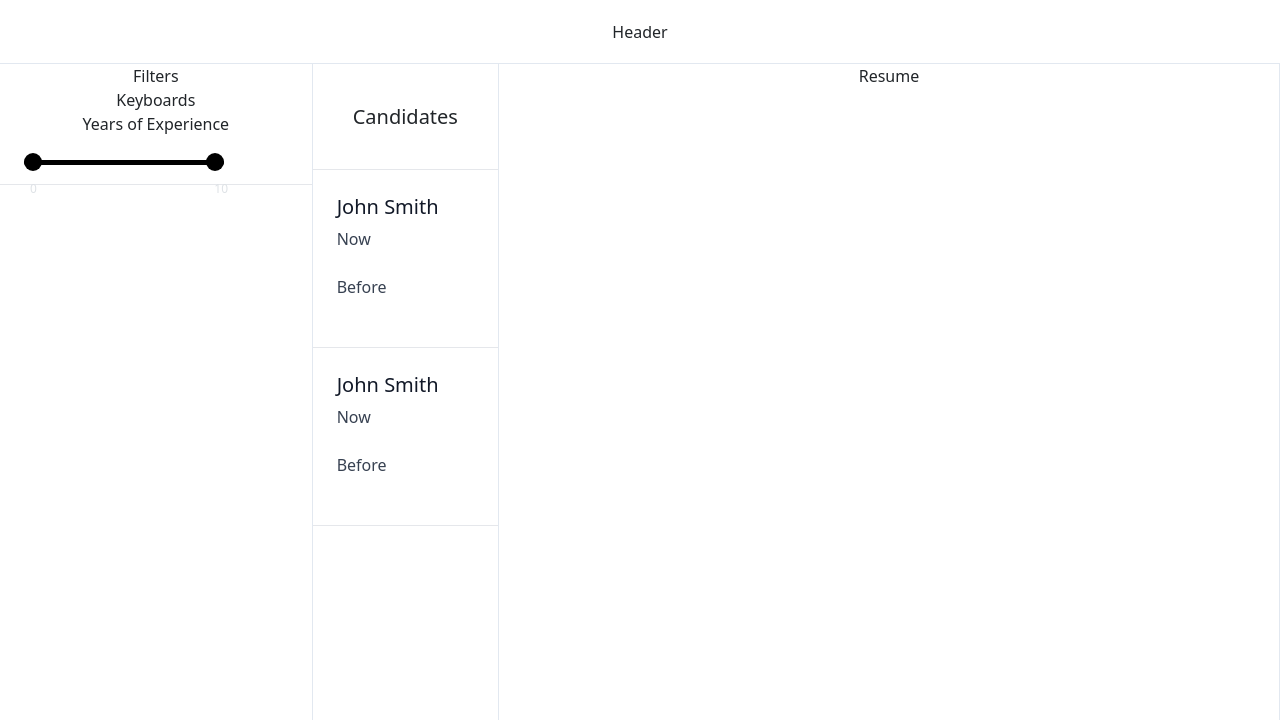
Repository: VictorJPimentel/Resume-Matcher
Page: / (app in frontend/)
These files come from the project's save history. The page is drawn as it stood at one moment and after the next save; the edit follows.
The browser window is 1280 px wide. The pictures show the whole page.
The project was rebuilt for these pictures with package versions that can differ from the ones it lists, and the page was loaded fresh each time. Also part of the build but not shown: frontend/src/components/FileUpload.jsx.

Above is the page before, as saved 2022-08-09 21:48:12.

### frontend/src/App.jsx
import axios from "axios";
import React, { useEffect, useState } from "react";
import "./App.css";
import "bootstrap/dist/css/bootstrap.min.css";
import "../node_modules/bootstrap/dist/css/bootstrap.min.css";
import "bootstrap/dist/css/bootstrap.min.css";
import { useDropzone } from "react-dropzone";
import { Routes, Route, useLocation } from "react-router-dom";
import Home from "./pages/Home";

import FileUpload from "./components/FileUpload";

function App() {
  // const [ name, setName ] = useState("")
  // const [home, setHome] = useState("")
  const [keywords, setKey] = useState("");
  const [database, setDatabase] = useState("");

  // useEffect(() => {
  //   axios.get("http://localhost:4000/keywords").then(function (response) {
  //     setKey(response.data);
  //   });
  // });

  // useEffect(() => {
  //   axios.get("http://localhost:4000/database").then(function (response) {
  //     setDatabase(response.data);
  //   });
  // });

  // useEffect(() => {
  //   axios.get("http://localhost:4000/home").then(function(response){
  //     setHome(response.data)
  //   })
  // })

  // async function postName(e) {
  // 	e.preventDefault()
  // 	try {
  // 		await axios.post("http://localhost:4000/post_name", {
  // 			name
  // 		})
  // 	} catch (error) {
  // 		console.error(error)
  // 	}
  // }

  // /* <form onSubmit={postName}>
  //                       <input type="text" value={name} onChange={(e) => setName(e.target.value)} />
  //                       <button type="submit">Send Name</button>
  //                   </form> */

  const [files, setFiles] = useState([]);

  const { getRootProps, getInputProps } = useDropzone({
    accept: "image/*",
  });

  const images = files.map((file) => (
    <div key={file.name}>
      <div>
        <img src={file.preview} style={{ width: "200px" }} alt="preview" />
      </div>
    </div>
  ));

  return (
    <>
      <Routes>
        <Route exact path="/" element={<Home />} />
      </Routes>
    </>
  );
}

export default App;

### frontend/src/pages/Home.jsx
import React, { useState } from "react";

// import Sidebar from "../partials/Sidebar";
import Header from "../components/Header";
import Filter from "../components/Filters";
import Candidates from "../components/Candidates";
import Resume from "../components/Resume";
// import WelcomeBanner from "../partials/dashboard/WelcomeBanner";

function Home() {
  return (
    <div className="flex h-screen overflow-hidden">
      <div className="relative flex flex-col flex-1 overflow-y-auto overflow-x-hidden">
        {/*  Site header */}
        <Header />

        <main className="flex h-screen">
          <Filter />
          <Candidates />
          <Resume />
        </main>
      </div>
    </div>
  );
}

export default Home;

### frontend/src/components/Header.jsx
import React, { useState } from "react";

function Header() {
  return (
    <header className="top-0 bg-white border-b border-slate-200 z-30 w-full h-16">
      <div className="h-16 text-center content-center">Header</div>
    </header>
  );
}

export default Header;

### frontend/src/components/Filters.jsx
import React, { useState, useEffect, useRef } from "react";
import { NavLink, useLocation } from "react-router-dom";
// import MultiRangeSlider from "multi-range-slider-react";
import MultiRangeSlider from "./multiRangeSlider/MultiRangeSlider";

function Filter() {
  const [minValue, set_minValue] = useState(0);
  const [maxValue, set_maxValue] = useState(10);
  const handleInput = (e) => {
    set_minValue(e.minValue);
    set_maxValue(e.maxValue);
  };

  return (
    <div
      className="flex flex-col z-40 left-0 top-0 h-full no-scrollbar w-2/5 border-r border-slate-200
      text-center"
    >
      <div>Filters </div>
      <div>Keyboards </div>
      <div> Years of Experience</div>
      <MultiRangeSlider
        min={0}
        max={10}
        onChange={({ min, max }) => console.log(`min = ${min}, max = ${max}`)}
      />
    </div>
  );
}

export default Filter;

### frontend/src/components/Candidates.jsx
import React, { useState, useEffect, useRef } from "react";

function Candidates() {
  return (
    <div
      className="flex flex-col z-40 left-0 top-0 h-full no-scrollbar w-1/5 border-r border-slate-200
      "
    >
      <div className="border-b text-xl leading-tight font-medium p-10 text-center">
        {" "}
        Candidates
      </div>
      <div class="flex border-b bg-white-100 hover:bg-gray-300">
        <div class="block p-6">
          <h5 class="text-gray-900 text-xl leading-tight font-medium">
            John Smith
          </h5>
          <p class="text-gray-700 text-base mb-4">Now</p>
          <p class="text-gray-700 text-base mb-4">Before</p>
        </div>
      </div>
      <div class="flex  bg-white border-b">
        <div class="block p-6">
          <h5 class="text-gray-900 text-xl leading-tight font-medium">
            John Smith
          </h5>
          <p class="text-gray-700 text-base mb-4">Now</p>
          <p class="text-gray-700 text-base mb-4">Before</p>
        </div>
      </div>
    </div>
  );
}

export default Candidates;

### frontend/src/components/Resume.jsx
import React, { useState, useEffect, useRef } from "react";

function Resume() {
  return (
    <div
      className="flex flex-col z-40 left-0 top-0 h-full no-scrollbar w-full border-r border-slate-200
      text-center "
    >
      Resume
    </div>
  );
}

export default Resume;

### frontend/src/components/multiRangeSlider/MultiRangeSlider.jsx
import React, { useCallback, useEffect, useState, useRef } from "react";
import PropTypes from "prop-types";
import "./multiRangeSlider.css";

const MultiRangeSlider = ({ min, max, onChange }) => {
  const [minVal, setMinVal] = useState(min);
  const [maxVal, setMaxVal] = useState(max);
  const minValRef = useRef(min);
  const maxValRef = useRef(max);
  const range = useRef(null);

  // Convert to percentage
  const getPercent = useCallback(
    (value) => Math.round(((value - min) / (max - min)) * 100),
    [min, max]
  );

  // Set width of the range to decrease from the left side
  useEffect(() => {
    const minPercent = getPercent(minVal);
    const maxPercent = getPercent(maxValRef.current);

    if (range.current) {
      range.current.style.left = `${minPercent}%`;
      range.current.style.width = `${maxPercent - minPercent}%`;
    }
  }, [minVal, getPercent]);

  // Set width of the range to decrease from the right side
  useEffect(() => {
    const minPercent = getPercent(minValRef.current);
    const maxPercent = getPercent(maxVal);

    if (range.current) {
      range.current.style.width = `${maxPercent - minPercent}%`;
    }
  }, [maxVal, getPercent]);

  // Get min and max values when their state changes
  useEffect(() => {
    onChange({ min: minVal, max: maxVal });
  }, [minVal, maxVal, onChange]);

  return (
    <div class="flex border-b bg-white-100 p-6 items-center">
      <input
        type="range"
        min={min}
        max={max}
        value={minVal}
        onChange={(event) => {
          const value = Math.min(Number(event.target.value), maxVal - 1);
          setMinVal(value);
          minValRef.current = value;
        }}
        className="thumb thumb--left"
        style={{ zIndex: minVal > max - 100 && "5" }}
      />

      <input
        type="range"
        min={min}
        max={max}
        value={maxVal}
        onChange={(event) => {
          const value = Math.max(Number(event.target.value), minVal + 1);
          setMaxVal(value);
          maxValRef.current = value;
        }}
        className="thumb thumb--right"
      />

      <div className="slider">
        <div className="slider__track" />
        <div ref={range} className="slider__range" />
        <div className="slider__left-value">{minVal}</div>
        <div className="slider__right-value">{maxVal}</div>
      </div>
    </div>
  );
};

MultiRangeSlider.propTypes = {
  min: PropTypes.number.isRequired,
  max: PropTypes.number.isRequired,
  onChange: PropTypes.func.isRequired,
};

export default MultiRangeSlider;

### frontend/src/components/multiRangeSlider/multiRangeSlider.css
.container {
  display: flex;
}

.slider {
  position: relative;
  width: 200px;
}

.slider__track,
.slider__range,
.slider__left-value,
.slider__right-value {
  position: absolute;
}

.slider__track,
.slider__range {
  border-radius: 3px;
  height: 5px;
}

.slider__track {
  background-color: #ced4da;
  width: 100%;
  z-index: 1;
}

.slider__range {
  background-color: black;
  z-index: 2;
}

.slider__left-value,
.slider__right-value {
  color: #dee2e6;
  font-size: 12px;
  margin-top: 20px;
}

.slider__left-value {
  left: 6px;
}

.slider__right-value {
  right: -4px;
}

/* Removing the default appearance */
.thumb,
.thumb::-webkit-slider-thumb {
  -webkit-appearance: none;
  -webkit-tap-highlight-color: transparent;
}

.thumb {
  pointer-events: none;
  position: absolute;
  height: 0;
  width: 200px;
  outline: none;
}

.thumb--left {
  z-index: 3;
}

.thumb--right {
  z-index: 4;
}

/* For Chrome browsers */
.thumb::-webkit-slider-thumb {
  background-color: black;
  border: none;
  border-radius: 50%;
  /* box-shadow: 0 0 1px 1px black; */
  cursor: pointer;
  height: 18px;
  width: 18px;
  margin-top: 4px;
  pointer-events: all;
  position: relative;
}

/* For Firefox browsers */
.thumb::-moz-range-thumb {
  background-color: #f1f5f7;
  border: none;
  border-radius: 50%;
  box-shadow: 0 0 1px 1px #ced4da;
  cursor: pointer;
  height: 18px;
  width: 18px;
  margin-top: 4px;
  pointer-events: all;
  position: relative;
}

Loaded but not shown: frontend/public/index.html (common file); frontend/src/index.js (common file); frontend/src/index.css (common file); frontend/src/reportWebVitals.js (common file); frontend/src/App.css (common file); frontend/tailwind.config.js (common file)

After the next save:
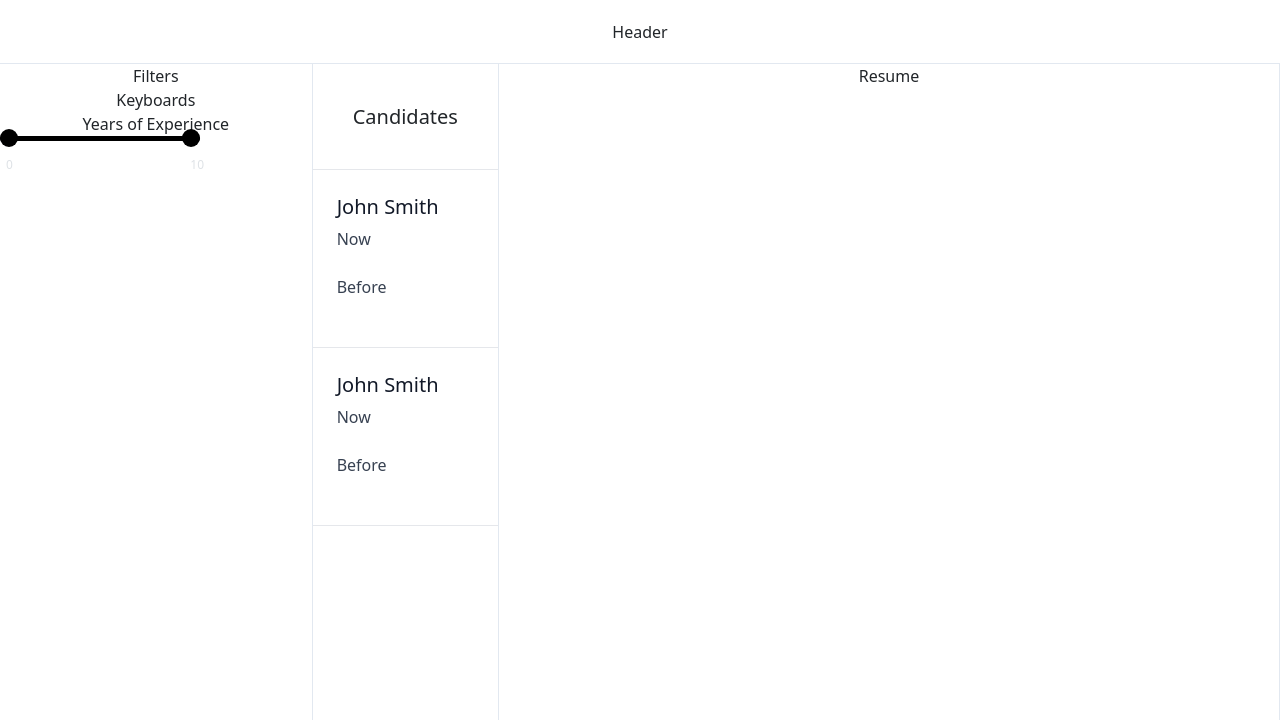
Saved 6 min 42 s later.
--- a/frontend/src/components/multiRangeSlider/MultiRangeSlider.jsx
+++ b/frontend/src/components/multiRangeSlider/MultiRangeSlider.jsx
@@ -42,7 +42,7 @@ const MultiRangeSlider = ({ min, max, onChange }) => {
   }, [minVal, maxVal, onChange]);
 
   return (
-    <div class="flex border-b bg-white-100 p-6 items-center">
+    <div class="grid place-items-cente">
       <input
         type="range"
         min={min}
